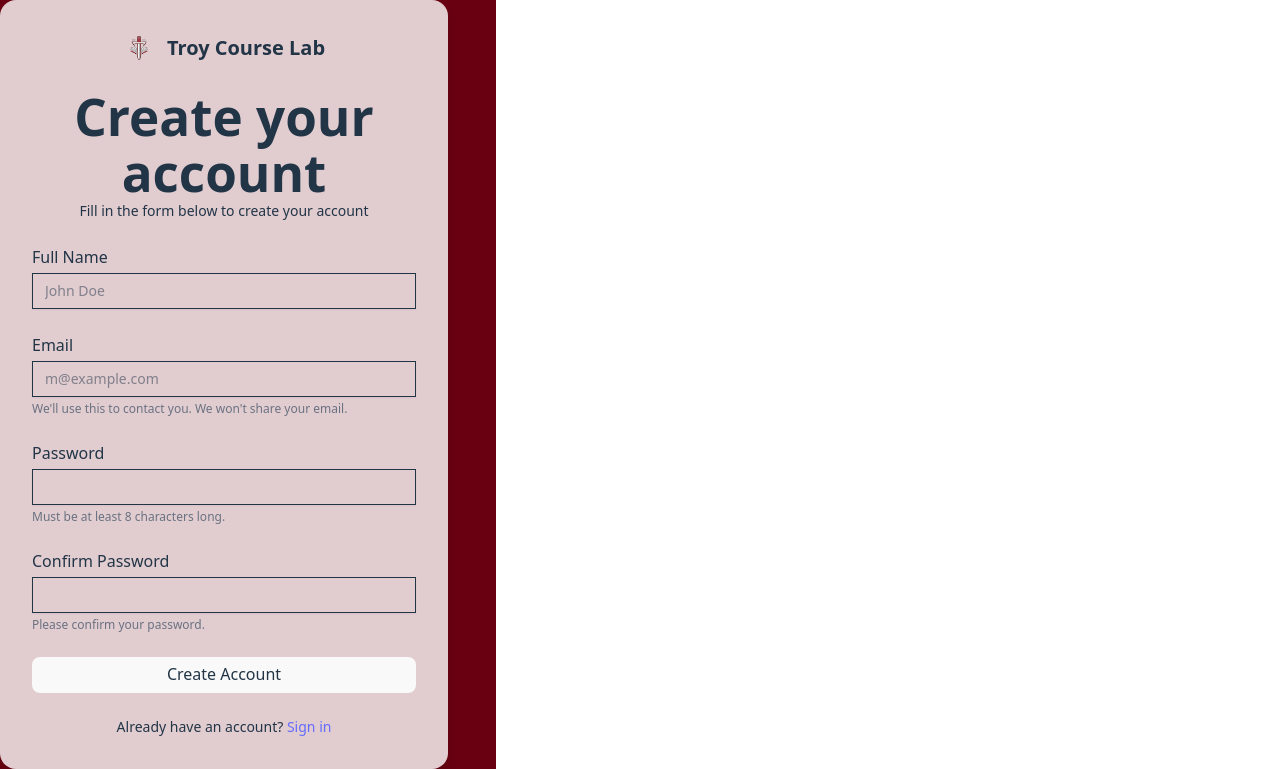
Repository: toilatrung/auth-ui-kit
Page: /register
An editor plug-in stored every save of this project. The page is shown before and after a run of saves, followed by the edit.
The browser window is 1280 px wide. The pictures show the whole page.
The project was rebuilt for these pictures with package versions that can differ from the ones it lists, and the page was loaded fresh each time. Also part of the build but not shown: vite.config.ts, src/pages/LoginPage.tsx.

Above is the page before, as saved 2025-11-01 17:23:02.

### index.html
<!doctype html>
<html lang="vi">
  <head>
    <meta charset="UTF-8" />
    <link rel="icon" type="image/svg+xml" href="/troy_logo.svg" />
    <meta name="viewport" content="width=device-width, initial-scale=1.0" />
    <title>features_lib</title>
  </head>
  <body>
    <div id="root"></div>
    <script type="module" src="/src/main.tsx"></script>
  </body>
</html>

### src/App.tsx
import LoginPage from "./pages/LoginPage";
import RegisterPage from "./pages/RegisterPage";
import { BrowserRouter, Routes, Route } from "react-router-dom";

{/* TEST FEATURES */}
function App() {
  return (
    <>
      <BrowserRouter>
        <Routes>
          <Route
            path="/login"
            element={<LoginPage />}
          />
          <Route
            path="/register"
            element={<RegisterPage />}
          />
        </Routes>
      </BrowserRouter>
    </>
  )
}

export default App

### src/pages/RegisterPage.tsx
import { RegisterForm } from "@/components/auth/register-form"

const RegisterPage = () => {
  return (
    <div
      className="flex min-h-screen items-center justify-end bg-cover bg-center"
      style={{ backgroundImage: "url('/authetication_page_png.png')" }}
    >
      <div className="w-full max-w-md space-y-6 p-8 bg-white/80 rounded-2xl shadow-lg mr-12">
        {/* Logo + Title */}
        <div className="flex items-center justify-center gap-3">
          <img
            src="/tcl_logo.svg"
            alt="Troy Logo"
            className="h-8 w-8"
          />
          <span className="text-xl font-semibold">Troy Course Lab</span>
        </div>

        {/* Form */}
        <RegisterForm />
      </div>
    </div>
  )
}

export default RegisterPage

### src/components/auth/register-form.tsx
import { z } from "zod"
import { useForm } from "react-hook-form"
import { zodResolver } from "@hookform/resolvers/zod"
import { cn } from "@/lib/utils"
import { Button } from "@/components/ui/button"
import { Input } from "@/components/ui/input"

const formSchema = z
  .object({
    name: z.string().min(1, "Full name is required"),
    email: z.string().email("Invalid email address"),
    password: z.string().min(8, "Password must be at least 8 characters"),
    confirmPassword: z.string().min(8, "Please confirm your password"),
  })
  .refine((data) => data.password === data.confirmPassword, {
    message: "Passwords do not match",
    path: ["confirmPassword"],
  })

type FormData = z.infer<typeof formSchema>

export function RegisterForm({ className, ...props }: React.ComponentProps<"form">) {
  const {
    register,
    handleSubmit,
    formState: { errors },
  } = useForm<FormData>({
    resolver: zodResolver(formSchema),
  })

  const onSubmit = (data: FormData) => {
    console.log("Form submitted:", data)
  }

  return (
    <form
      onSubmit={handleSubmit(onSubmit)}
      className={cn("flex flex-col gap-6 max-w-md mx-auto", className)}
      {...props}
    >
      <div className="text-center">
        <h1 className="text-2xl font-bold">Create your account</h1>
        <p className="text-muted-foreground text-sm">
          Fill in the form below to create your account
        </p>
      </div>

      {/* Full Name */}
      <div className="flex flex-col gap-1">
        <label htmlFor="name" className="font-medium">Full Name</label>
        <Input id="name" type="text" placeholder="John Doe" className="rounded-none" {...register("name")} />
        {errors.name && <p className="text-sm text-red-500">{errors.name.message}</p>}
      </div>

      {/* Email */}
      <div className="flex flex-col gap-1">
        <label htmlFor="email" className="font-medium">Email</label>
        <Input id="email" type="email" placeholder="m@example.com" className="rounded-none" {...register("email")} />
        {errors.email && <p className="text-sm text-red-500">{errors.email.message}</p>}
        <p className="text-xs text-gray-500">
          We&apos;ll use this to contact you. We won&apos;t share your email.
        </p>
      </div>

      {/* Password */}
      <div className="flex flex-col gap-1">
        <label htmlFor="password" className="font-medium">Password</label>
        <Input id="password" type="password" className="rounded-none" {...register("password")} />
        {errors.password && <p className="text-sm text-red-500">{errors.password.message}</p>}
        <p className="text-xs text-gray-500">Must be at least 8 characters long.</p>
      </div>

      {/* Confirm Password */}
      <div className="flex flex-col gap-1">
        <label htmlFor="confirmPassword" className="font-medium">Confirm Password</label>
        <Input id="confirmPassword" type="password" className="rounded-none" {...register("confirmPassword")} />
        {errors.confirmPassword && (
          <p className="text-sm text-red-500">{errors.confirmPassword.message}</p>
        )}
        <p className="text-xs text-gray-500">Please confirm your password.</p>
      </div>

      {/* Submit Button */}
      <Button type="submit" className="rounded-none">Create Account</Button>

      <p className="text-center text-sm">
        Already have an account? <a href="#" className="text-blue-500">Sign in</a>
      </p>
    </form>
  )
}

### src/components/ui/button.tsx
import * as React from "react"
import { Slot } from "@radix-ui/react-slot"
import { cva, type VariantProps } from "class-variance-authority"

import { cn } from "@/lib/utils"

const buttonVariants = cva(
  "inline-flex items-center justify-center gap-2 whitespace-nowrap rounded-md text-sm font-medium transition-all disabled:pointer-events-none disabled:opacity-50 [&_svg]:pointer-events-none [&_svg:not([class*='size-'])]:size-4 shrink-0 [&_svg]:shrink-0 outline-none focus-visible:border-ring focus-visible:ring-ring/50 focus-visible:ring-[3px] aria-invalid:ring-destructive/20 dark:aria-invalid:ring-destructive/40 aria-invalid:border-destructive",
  {
    variants: {
      variant: {
        default: "bg-primary text-primary-foreground hover:bg-primary/90",
        destructive:
          "bg-destructive text-white hover:bg-destructive/90 focus-visible:ring-destructive/20 dark:focus-visible:ring-destructive/40 dark:bg-destructive/60",
        outline:
          "border bg-background shadow-xs hover:bg-accent hover:text-accent-foreground dark:bg-input/30 dark:border-input dark:hover:bg-input/50",
        secondary:
          "bg-secondary text-secondary-foreground hover:bg-secondary/80",
        ghost:
          "hover:bg-accent hover:text-accent-foreground dark:hover:bg-accent/50",
        link: "text-primary underline-offset-4 hover:underline",
      },
      size: {
        default: "h-9 px-4 py-2 has-[>svg]:px-3",
        sm: "h-8 rounded-md gap-1.5 px-3 has-[>svg]:px-2.5",
        lg: "h-10 rounded-md px-6 has-[>svg]:px-4",
        icon: "size-9",
        "icon-sm": "size-8",
        "icon-lg": "size-10",
      },
    },
    defaultVariants: {
      variant: "default",
      size: "default",
    },
  }
)

function Button({
  className,
  variant,
  size,
  asChild = false,
  ...props
}: React.ComponentProps<"button"> &
  VariantProps<typeof buttonVariants> & {
    asChild?: boolean
  }) {
  const Comp = asChild ? Slot : "button"

  return (
    <Comp
      data-slot="button"
      className={cn(buttonVariants({ variant, size, className }))}
      {...props}
    />
  )
}

export { Button, buttonVariants }

### src/components/ui/input.tsx
import * as React from "react"

import { cn } from "@/lib/utils"

function Input({ className, type, ...props }: React.ComponentProps<"input">) {
  return (
    <input
      type={type}
      data-slot="input"
      className={cn(
        "file:text-foreground placeholder:text-muted-foreground selection:bg-primary selection:text-primary-foreground dark:bg-input/30 border-input h-9 w-full min-w-0 rounded-md border bg-transparent px-3 py-1 text-base shadow-xs transition-[color,box-shadow] outline-none file:inline-flex file:h-7 file:border-0 file:bg-transparent file:text-sm file:font-medium disabled:pointer-events-none disabled:cursor-not-allowed disabled:opacity-50 md:text-sm",
        "focus-visible:border-ring focus-visible:ring-ring/50 focus-visible:ring-[3px]",
        "aria-invalid:ring-destructive/20 dark:aria-invalid:ring-destructive/40 aria-invalid:border-destructive",
        className
      )}
      {...props}
    />
  )
}

export { Input }

Loaded but not shown: src/main.tsx (common file); src/index.css (common file); src/lib/utils.ts (common file)

After the next 3 saves:
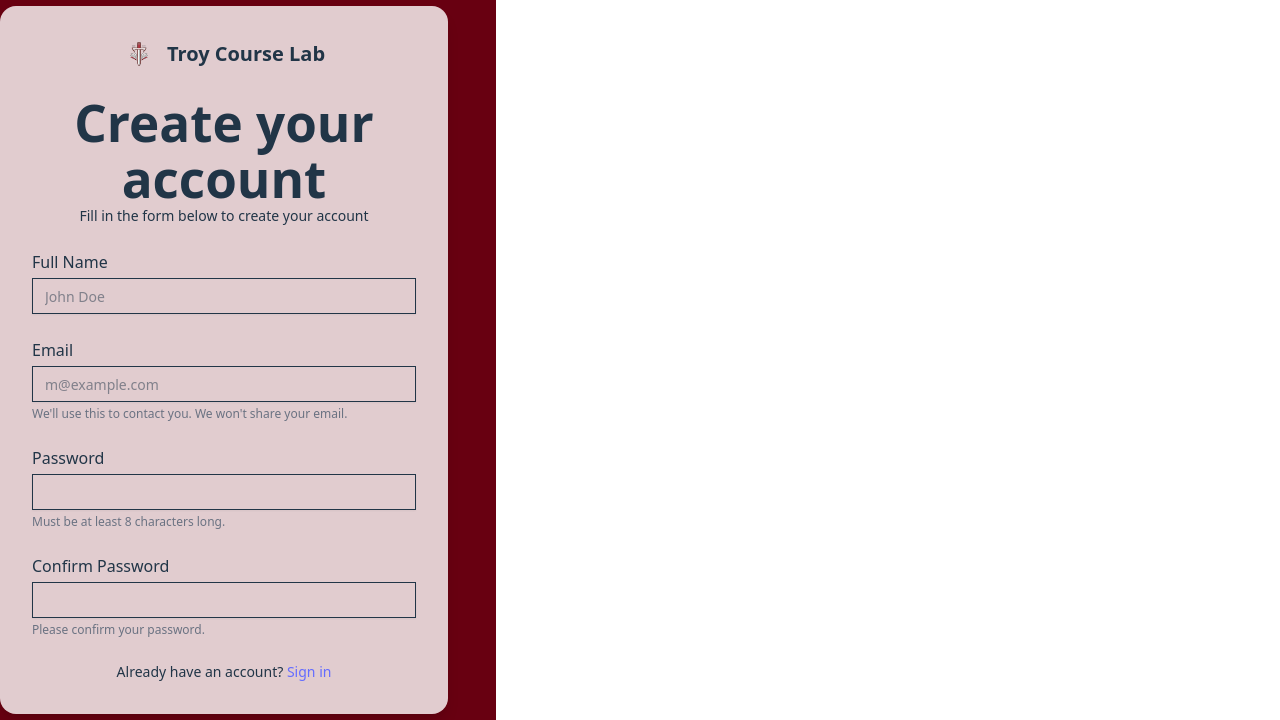
The 3 saves are shown as one change because they came seconds apart.
The last was saved 13 s later.
--- a/src/components/auth/register-form.tsx
+++ b/src/components/auth/register-form.tsx
@@ -81,7 +81,6 @@
       </div>
 
       {/* Submit Button */}
-      <Button type="submit" className="rounded-none">Create Account</Button>
 
       <p className="text-center text-sm">
         Already have an account? <a href="#" className="text-blue-500">Sign in</a>

After the 2 saves that followed:
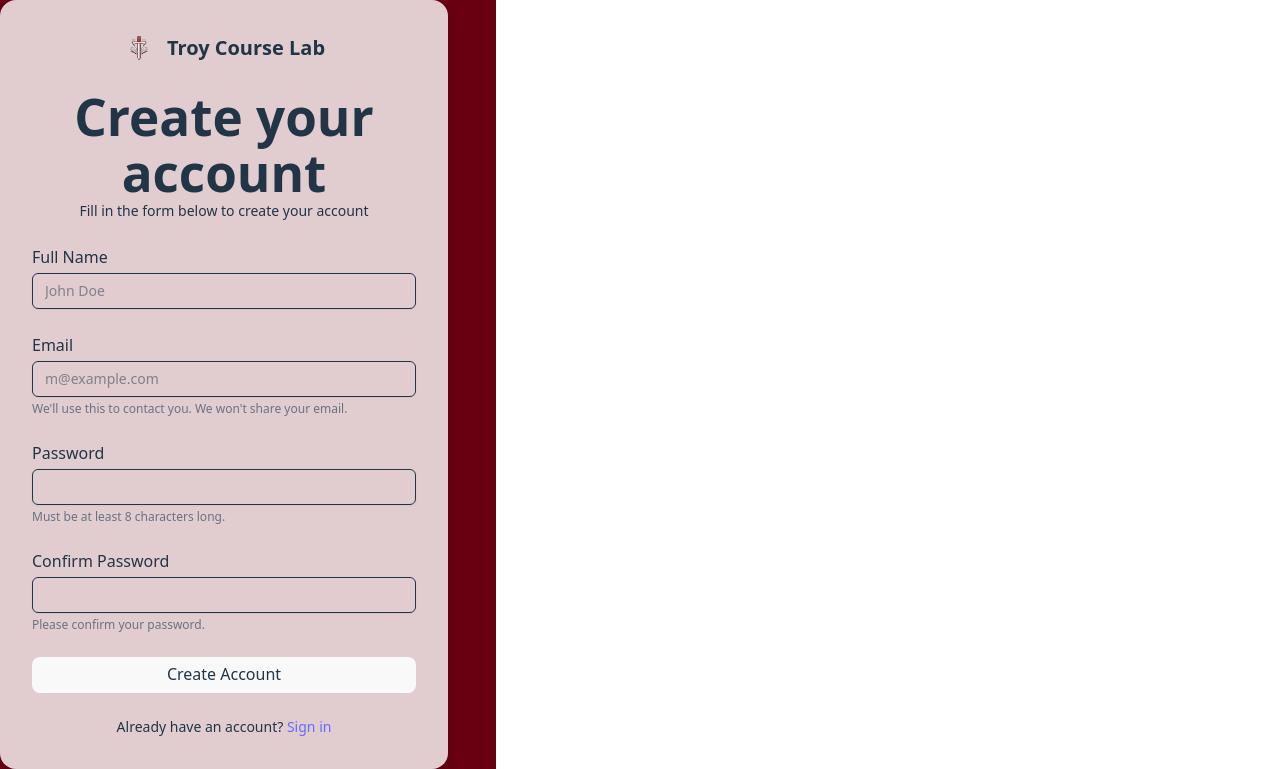
The 2 saves are shown as one change because they came seconds apart.
The last was saved 8 s later.
--- a/src/components/auth/register-form.tsx
+++ b/src/components/auth/register-form.tsx
@@ -45,42 +45,38 @@
         </p>
       </div>
 
-      {/* Full Name */}
       <div className="flex flex-col gap-1">
         <label htmlFor="name" className="font-medium">Full Name</label>
-        <Input id="name" type="text" placeholder="John Doe" className="rounded-none" {...register("name")} />
+        <Input id="name" type="text" placeholder="John Doe" {...register("name")} />
         {errors.name && <p className="text-sm text-red-500">{errors.name.message}</p>}
       </div>
 
-      {/* Email */}
       <div className="flex flex-col gap-1">
         <label htmlFor="email" className="font-medium">Email</label>
-        <Input id="email" type="email" placeholder="m@example.com" className="rounded-none" {...register("email")} />
+        <Input id="email" type="email" placeholder="m@example.com" {...register("email")} />
         {errors.email && <p className="text-sm text-red-500">{errors.email.message}</p>}
         <p className="text-xs text-gray-500">
           We&apos;ll use this to contact you. We won&apos;t share your email.
         </p>
       </div>
 
-      {/* Password */}
       <div className="flex flex-col gap-1">
         <label htmlFor="password" className="font-medium">Password</label>
-        <Input id="password" type="password" className="rounded-none" {...register("password")} />
+        <Input id="password" type="password" {...register("password")} />
         {errors.password && <p className="text-sm text-red-500">{errors.password.message}</p>}
         <p className="text-xs text-gray-500">Must be at least 8 characters long.</p>
       </div>
 
-      {/* Confirm Password */}
       <div className="flex flex-col gap-1">
         <label htmlFor="confirmPassword" className="font-medium">Confirm Password</label>
-        <Input id="confirmPassword" type="password" className="rounded-none" {...register("confirmPassword")} />
+        <Input id="confirmPassword" type="password" {...register("confirmPassword")} />
         {errors.confirmPassword && (
           <p className="text-sm text-red-500">{errors.confirmPassword.message}</p>
         )}
         <p className="text-xs text-gray-500">Please confirm your password.</p>
       </div>
 
-      {/* Submit Button */}
+      <Button type="submit">Create Account</Button>
 
       <p className="text-center text-sm">
         Already have an account? <a href="#" className="text-blue-500">Sign in</a>
